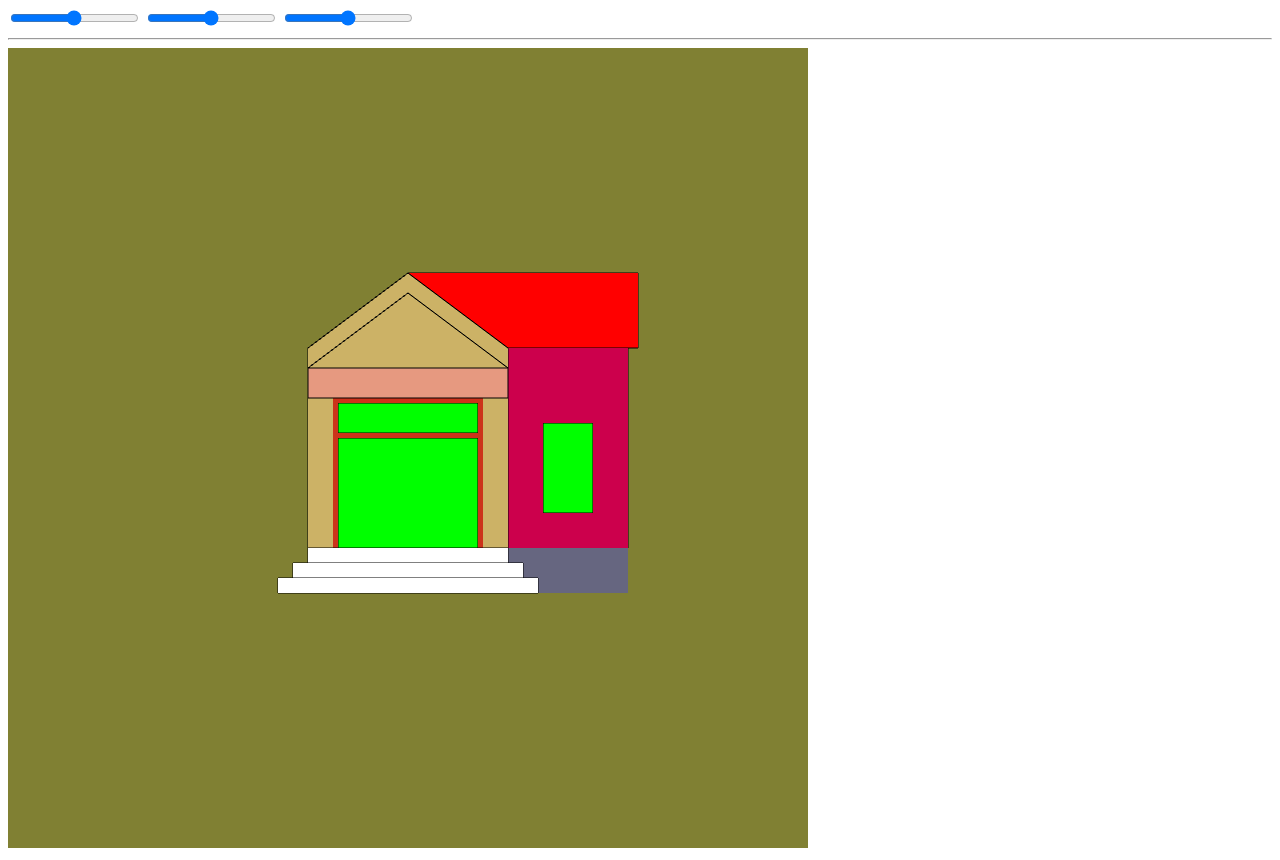
Repository: JoinGame-A36664/Build-House-WebGL
Page: index.html
An editor plug-in stored every save of this project. The page is shown before and after the next save, followed by the edit.
The browser window is 1280 px wide. The pictures show the whole page.

Above is the page before, as saved 2021-10-24 23:46:37.
Console error: ReferenceError: program is not defined

After the next save:
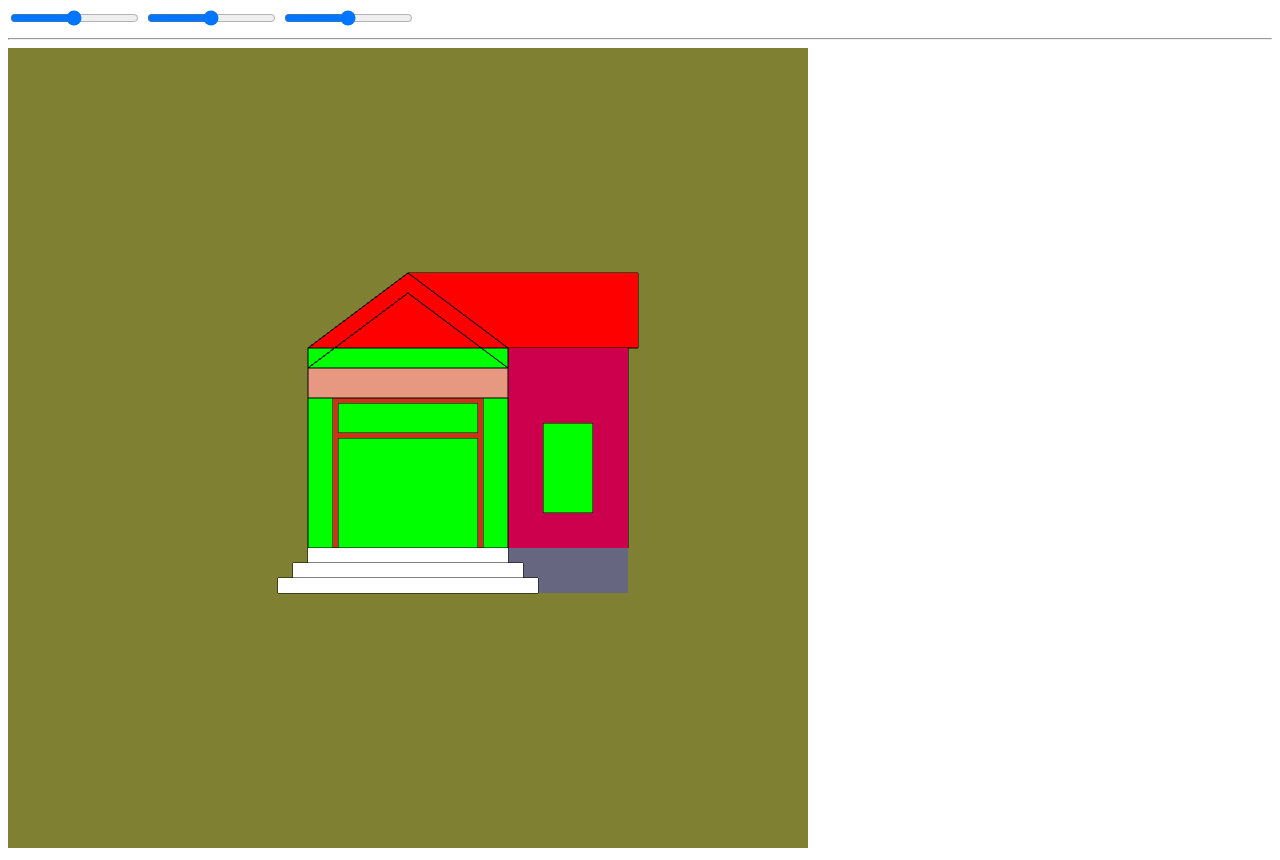
Saved 7 s later.
--- a/Bietthu1.js
+++ b/Bietthu1.js
@@ -191,11 +191,11 @@
           // buildrectangular(program, vec3(-200, -200, 200), vec3(-150, -200, 200), vec3(-150, 100, 200), vec3(-200, 100, 200), vec3(-200, 100, 150), vec3(-200, -200, 150), vec3(-150, -200, 150), vec3(-150, 100, 150), vertexColors[0], vertexColors[8]);
 
           if (temp == 0) {
-                    wall(program, vertices[0], vertices[1], vertices[2], vertices[3], vertexColors[9]);
-                    wall(program, vertices[4], vertices[5], vertices[6], vertices[7], vertexColors[9]);
-                    wall(program, vertices[3], vertices[6], vertices[9], vertices[8], vertexColors[9]);
-                    wall(program, vertices[8], vertices[9], vertices[10], vertices[8], vertexColors[9]);
-                    ///
+                    // wall(program, vertices[0], vertices[1], vertices[2], vertices[3], vertexColors[9]);
+                    // wall(program, vertices[4], vertices[5], vertices[6], vertices[7], vertexColors[9]);
+                    // wall(program, vertices[3], vertices[6], vertices[9], vertices[8], vertexColors[9]);
+                    // wall(program, vertices[8], vertices[9], vertices[10], vertices[8], vertexColors[9]);
+                    // ///
                     // wall(program, vertices[8], vertices[10], vertices[11], vertices[12], vertexColors[1]);
                     // wall(program, vertices[10], vertices[9], vertices[13], vertices[11], vertexColors[1]);
 
